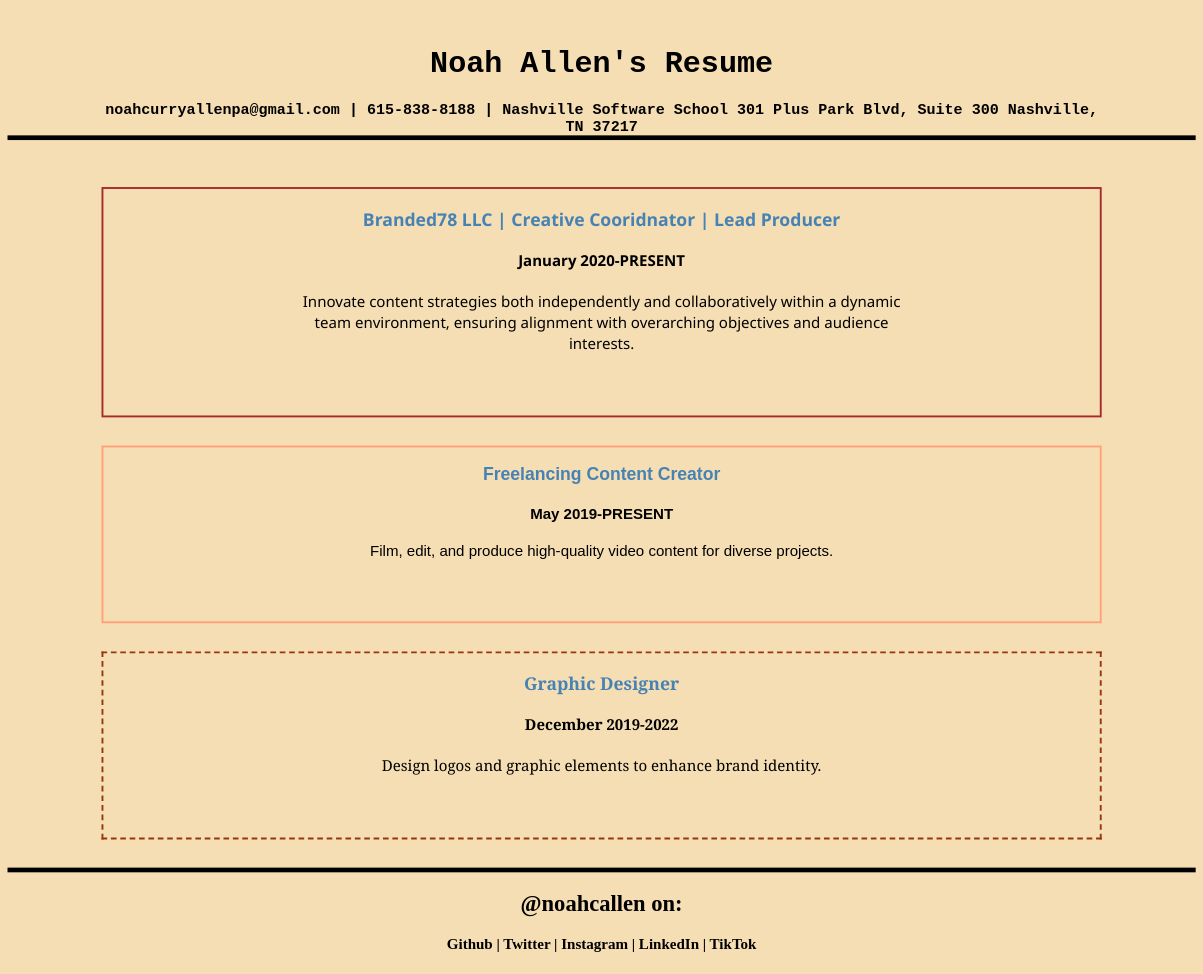
Repository: noahcallen/LAB-HTML-Resume
Page: index.html
These files come from the project's save history. The page is drawn as it stood at one moment and after the next save; the edit follows.
The browser window is 1280 px wide. The pictures show the whole page, at 94% of full size.

Above is the page before, as saved 2024-07-08 22:11:51.

### index.html
<!DOCTYPE html>
<html lang="en">
<head>
  <meta charset="UTF-8">
  <meta name="viewport" content="width=device-width, initial-scale=1.0">
  <title>Document</title>
  <link rel="stylesheet" href="main.css">
</head>
<body>

  <div class="HEADER">
  <!--HEADER-->
  <h1>Noah Allen's Resume</h1>
  <h4 id="addy"> noahcurryallenpa@gmail.com | 615-838-8188 | Nashville Software School
    301 Plus Park Blvd, Suite 300
    Nashville, TN 37217</h4>
<!--END HEADER-->
  </div>

  <article id="Job1">
    <h3>Branded78 LLC | Creative Cooridnator | Lead Producer</h3>
    <h4>January 2020-PRESENT</h4>
    <section>
      <p>Innovate content strategies both independently and collaboratively within a dynamic team environment, ensuring alignment with overarching objectives and audience interests.</p>
    </section>
  </article>

  <article id="Job2">
    <h3>Freelancing Content Creator</h3>
    <h4>May 2019-PRESENT</h4>
    <section>
      <p>Film, edit, and produce high-quality video content for diverse projects.</p>
    </section>
  </article>

  <article id="Job3">
    <h3>Graphic Designer</h3>
    <h4>December 2019-2022</h4>
    <section>
      <p>Design logos and graphic elements to enhance brand identity.</p>
    </section>
  </article>

  <div class="FOOTER">
    <!-- FOOTER-->
     <h2>@noahcallen on:</h2>
     <h4>Github | Twitter | Instagram | LinkedIn | TikTok</h4>
    <!-- FOOTER-->
  </div>



  <script src="main.js"></script>
</body>
</html>

### main.css
body {
  background-color: wheat;
  text-align: center;
}

#addy {
  margin: 0px 100px 0px 100px;
}

h3 {
  color: steelblue;
}

.HEADER {
  margin: 50px 0px 50px 0px;
  border-bottom: solid 5px black;
  font-family: 'Courier New', Courier, monospace;
}

#Job1 {
  padding: 0px 200px 50px 200px;
  border: solid 2px brown;
  margin: 30px 100px 30px 100px;
  font-family: 'Segoe UI', Tahoma, Geneva, Verdana, sans-serif;
}

#Job2 {
  padding: 0px 200px 50px 200px;
  border: double 2px lightsalmon;
  margin: 30px 100px 30px 100px;
  font-family: Arial, Helvetica, sans-serif;
}

#Job3 {
  padding: 0px 200px 50px 200px;
  border: dashed 2px rgb(152, 54, 16);
  margin: 30px 100px 30px 100px;
  font-family: Georgia, 'Times New Roman', Times, serif;
}

.FOOTER {
  border-top: solid 5px black;

}

Loaded but not shown: main.js (no stored copy; drawn as an empty file)

After the next save:
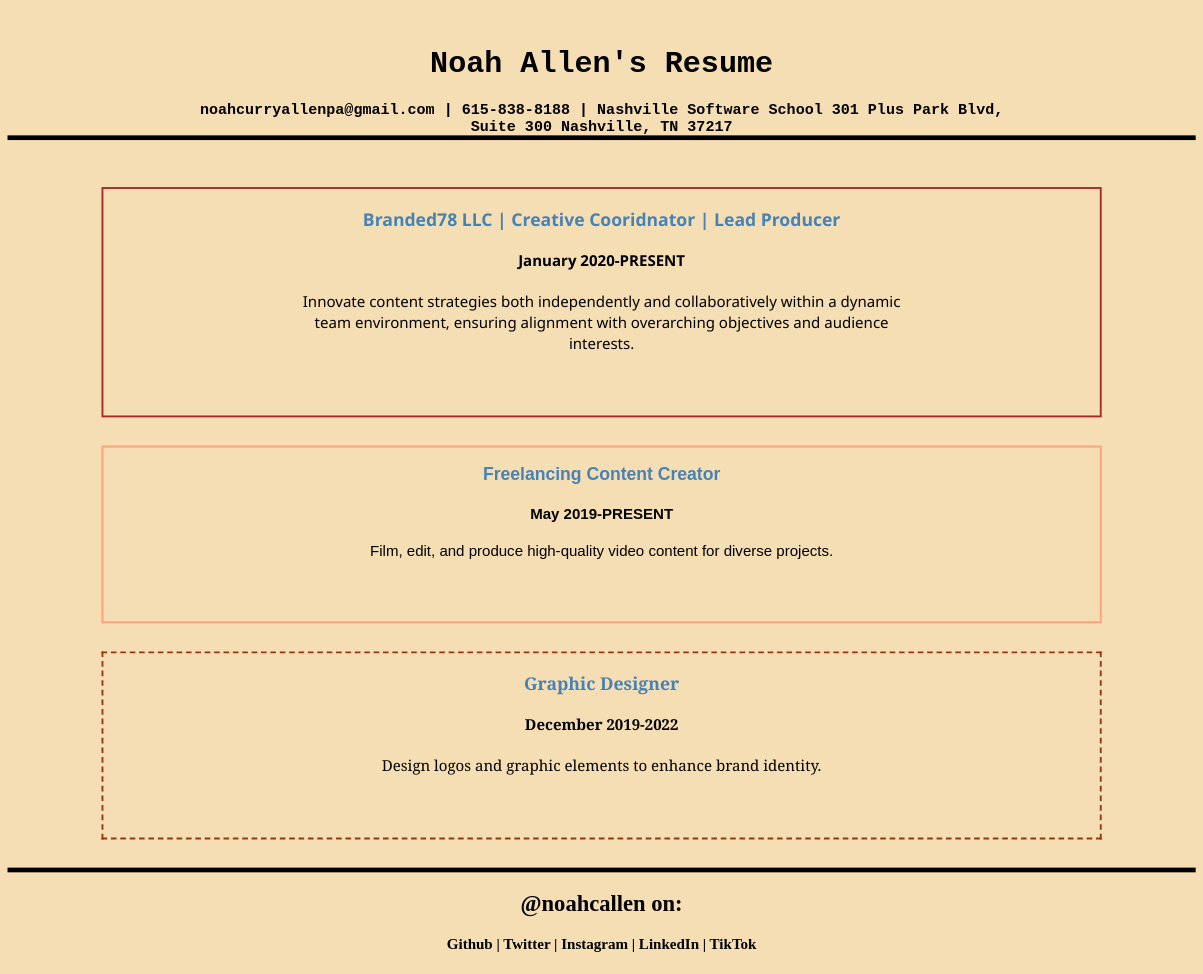
Saved 18 s later.
--- a/main.css
+++ b/main.css
@@ -4,7 +4,7 @@ body {
 }
 
 #addy {
-  margin: 0px 100px 0px 100px;
+  margin: 0px 200px 0px 200px;
 }
 
 h3 {
